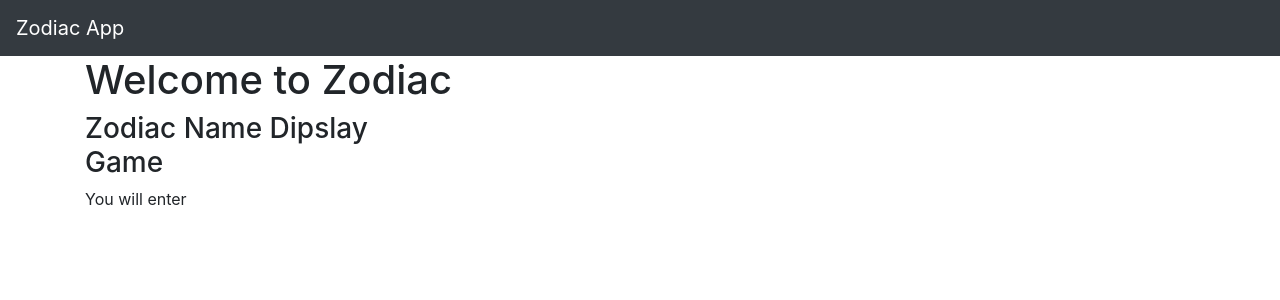
Repository: robertkameni/Zodiac-App
Page: client/index.html
These files come from the project's save history. The page is drawn as it stood at one moment and after the next save; the edit follows.
The browser window is 1280 px wide. The pictures show the whole page.

Above is the page before, as saved 2019-06-16 15:47:07.

After the next save:
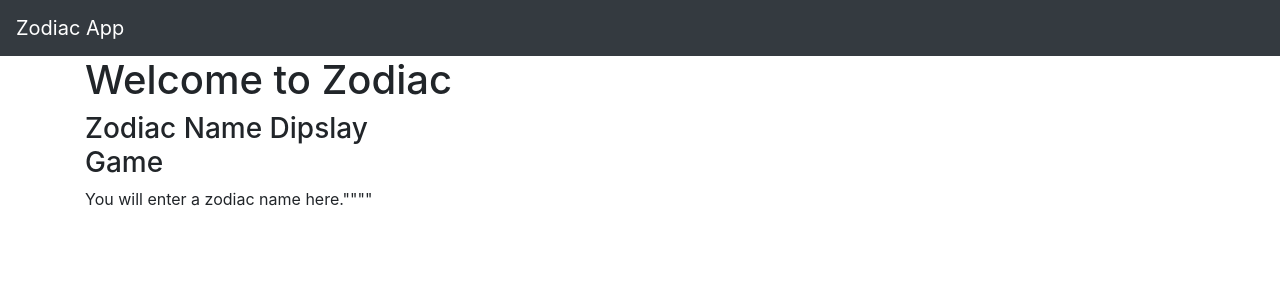
Saved 13 s later.
--- a/client/index.html
+++ b/client/index.html
@@ -26,7 +26,7 @@
         <div class="row">
             <div class="col-md-4">
                 <h3>Zodiac Name Dipslay Game</h3>
-                <p>You will enter </p>
+                <p>You will enter a zodiac name here.""""</p>
             </div>
         </div>
     </div>
